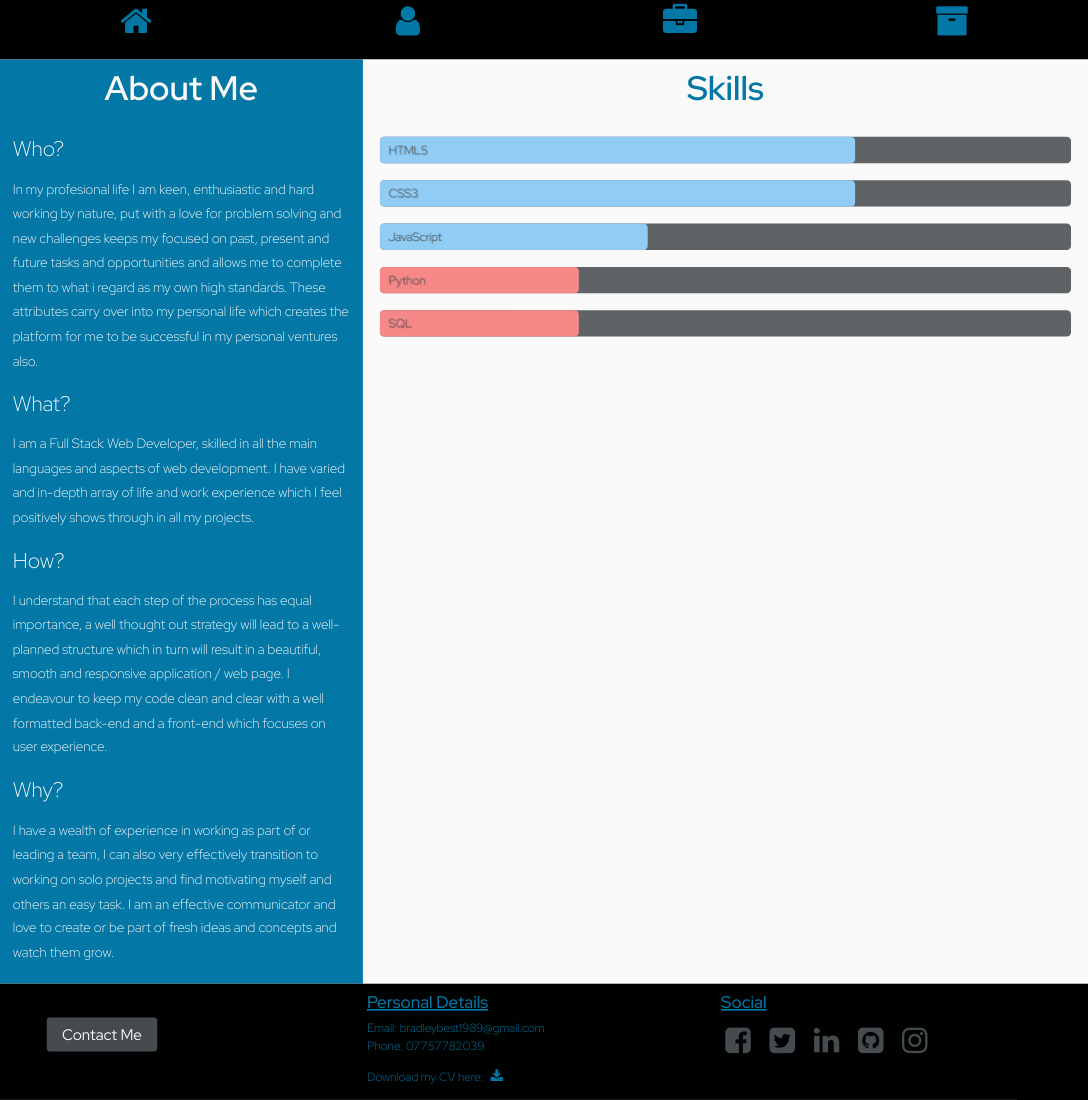
Repository: Brad000/Resume-project
Page: about-me.html
The author's editor kept a record of every edit. The page is drawn from the files as they stood at one moment, then again after the next edit.
The browser window is 1280 px wide. The pictures show the whole page, at 85% of full size.

Above is the page before.

After the next edit:
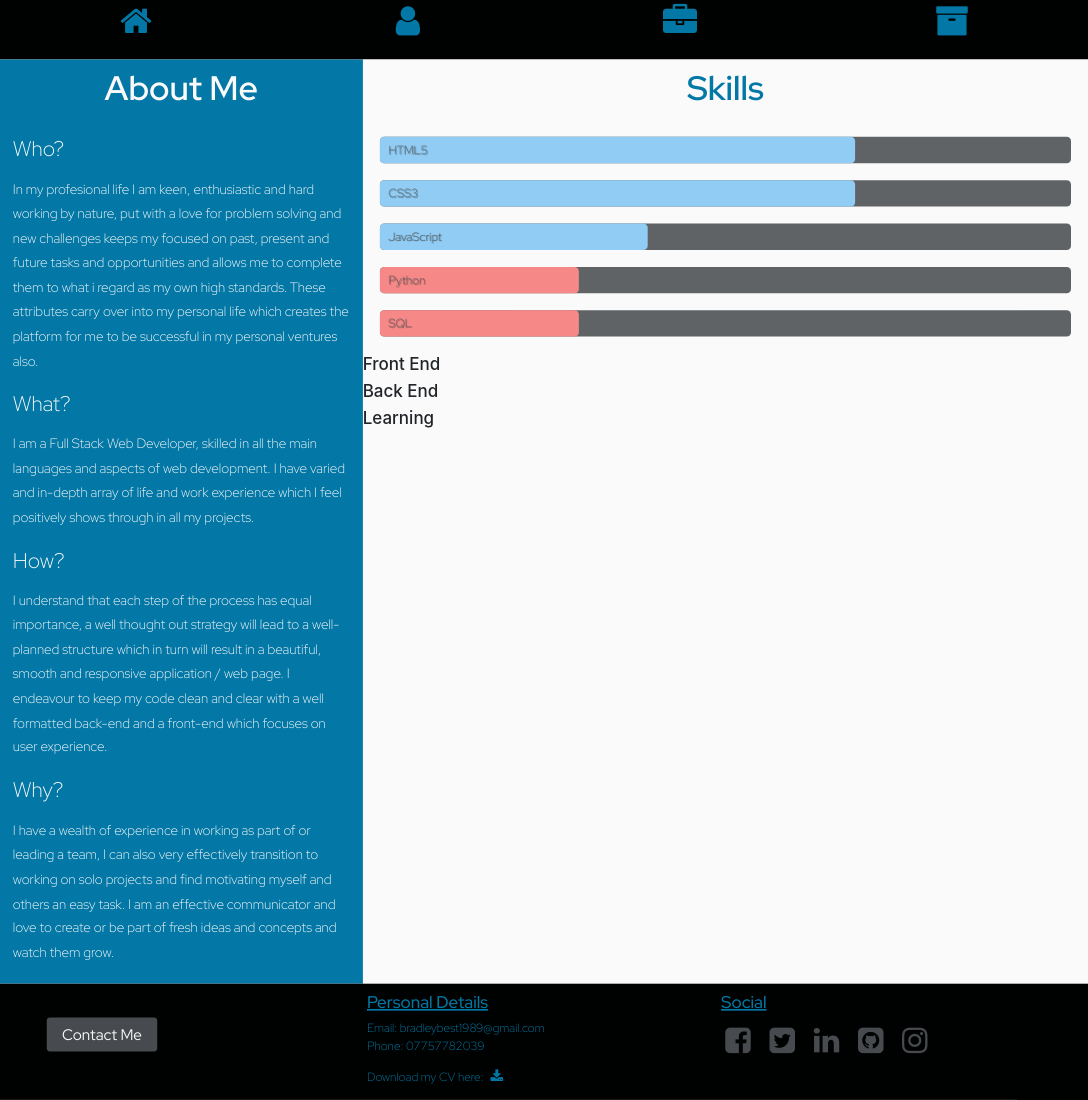
The edit:
--- a/about-me.html
+++ b/about-me.html
@@ -64,14 +64,14 @@
             </div>
             <div class="col-md-8 skills-container">
                 <h2 class="main-headings skills-text">Skills</h2>
-                    <div class="bar front advanced" data-skill="HTML5"></div>
-                    <div class="bar front advanced" data-skill="CSS3"></div>
-                    <div class="bar front basic" data-skill="JavaScript"></div>
-                    <div class="bar back learning" data-skill="Python"></div>
-                    <div class="bar back learning" data-skill="SQL"></div>
-
-                </div>
-
+                <div class="bar front advanced" data-skill="HTML5"></div>
+                <div class="bar front advanced" data-skill="CSS3"></div>
+                <div class="bar front basic" data-skill="JavaScript"></div>
+                <div class="bar back learning" data-skill="Python"></div>
+                <div class="bar back learning" data-skill="SQL"></div>
+                <h5 class="inline-block">Front End</h5>
+                <h5 class="inline-block">Back End</h5>
+                <h5 class="inline-block">Learning</h5>
             </div>
         </div>
     </section>
